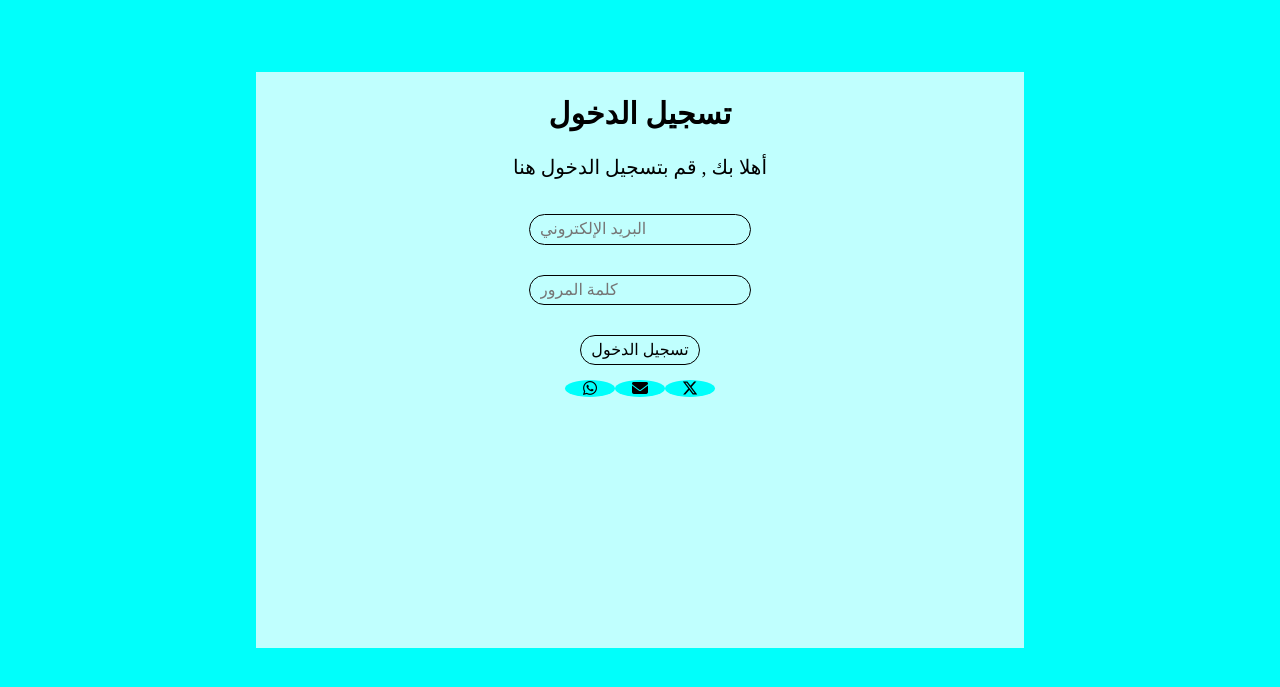
Repository: FaisalFahed/login-page
Page: html/صفحة تسجيل دخول.html
An editor plug-in stored every save of this project. The page is shown before and after the next save, followed by the edit.
The browser window is 1280 px wide. The pictures show the whole page.
Some web fonts or font styles are not loaded; a fallback is used.

Above is the page before, as saved 2025-04-01 08:42:18.

### html/صفحة تسجيل دخول.html
<!DOCTYPE html>
<html lang="en">
<head>
    <meta charset="UTF-8">
    <meta name="viewport" content="width=device-width, initial-scale=1.0">
    <link rel="stylesheet" href="css/normlaize.css">
    <link rel="stylesheet" href="../css/صفحة تسجيل دخول.css">
    <!-- Font Awesome -->
    <link rel="stylesheet" href="../css/all.min.css">
    <!-- Google Fonts -->
    <link rel="preconnect" href="https://fonts.googleapis.com">
    <link rel="preconnect" href="https://fonts.gstatic.com" crossorigin>
    <link href="https://fonts.googleapis.com/css2?family=Markazi+Text:wght@400..700&display=swap" rel="stylesheet">
    <title>Faisal | صفحة تسجيل دخول</title>
</head>
    <body>
        <div class="container">
            <div class="text">
                <h2>تسجيل الدخول</h2>
                <p>أهلا بك , قم بتسجيل الدخول هنا</p>
            </div>
            <div class="log-in">
                <input type="email" placeholder="البريد الإلكتروني">
                <input type="password" placeholder="كلمة المرور">
                <input type="submit" value="تسجيل الدخول">
            </div>
            <div class="icons">
                <ul>
                    <li><a href="#"><i class="fa-brands fa-whatsapp"></i></a></li>
                    <li><a href="#"><i class="fa-solid fa-envelope"></i></a></li>
                    <li><a href="#"><i class="fa-brands fa-x-twitter"></i></a></li>
                </ul>
            </div>
        </div>
    </body>
</html>

### css/normlaize.css
/*! normalize.css v8.0.1 | MIT License | github.com/necolas/normalize.css */

/* Document
   ========================================================================== */

/**
 * 1. Correct the line height in all browsers.
 * 2. Prevent adjustments of font size after orientation changes in iOS.
 */

 html {
  line-height: 1.15; /* 1 */
  -webkit-text-size-adjust: 100%; /* 2 */
}

/* Sections
   ========================================================================== */

/**
 * Remove the margin in all browsers.
 */

body {
  margin: 0;
}

/**
 * Render the `main` element consistently in IE.
 */

main {
  display: block;
}

/**
 * Correct the font size and margin on `h1` elements within `section` and
 * `article` contexts in Chrome, Firefox, and Safari.
 */

h1 {
  font-size: 2em;
  margin: 0.67em 0;
}

/* Grouping content
   ========================================================================== */

/**
 * 1. Add the correct box sizing in Firefox.
 * 2. Show the overflow in Edge and IE.
 */

hr {
  box-sizing: content-box; /* 1 */
  height: 0; /* 1 */
  overflow: visible; /* 2 */
}

/**
 * 1. Correct the inheritance and scaling of font size in all browsers.
 * 2. Correct the odd `em` font sizing in all browsers.
 */

pre {
  font-family: monospace, monospace; /* 1 */
  font-size: 1em; /* 2 */
}

/* Text-level semantics
   ========================================================================== */

/**
 * Remove the gray background on active links in IE 10.
 */

a {
  background-color: transparent;
}

/**
 * 1. Remove the bottom border in Chrome 57-
 * 2. Add the correct text decoration in Chrome, Edge, IE, Opera, and Safari.
 */

abbr[title] {
  border-bottom: none; /* 1 */
  text-decoration: underline; /* 2 */
  text-decoration: underline dotted; /* 2 */
}

/**
 * Add the correct font weight in Chrome, Edge, and Safari.
 */

b,
strong {
  font-weight: bolder;
}

/**
 * 1. Correct the inheritance and scaling of font size in all browsers.
 * 2. Correct the odd `em` font sizing in all browsers.
 */

code,
kbd,
samp {
  font-family: monospace, monospace; /* 1 */
  font-size: 1em; /* 2 */
}

/**
 * Add the correct font size in all browsers.
 */

small {
  font-size: 80%;
}

/**
 * Prevent `sub` and `sup` elements from affecting the line height in
 * all browsers.
 */

sub,
sup {
  font-size: 75%;
  line-height: 0;
  position: relative;
  vertical-align: baseline;
}

sub {
  bottom: -0.25em;
}

sup {
  top: -0.5em;
}

/* Embedded content
   ========================================================================== */

/**
 * Remove the border on images inside links in IE 10.
 */

img {
  border-style: none;
}

/* Forms
   ========================================================================== */

/**
 * 1. Change the font styles in all browsers.
 * 2. Remove the margin in Firefox and Safari.
 */

button,
input,
optgroup,
select,
textarea {
  font-family: inherit; /* 1 */
  font-size: 100%; /* 1 */
  line-height: 1.15; /* 1 */
  margin: 0; /* 2 */
}

/**
 * Show the overflow in IE.
 * 1. Show the overflow in Edge.
 */

button,
input { /* 1 */
  overflow: visible;
}

/**
 * Remove the inheritance of text transform in Edge, Firefox, and IE.
 * 1. Remove the inheritance of text transform in Firefox.
 */

button,
select { /* 1 */
  text-transform: none;
}

/**
 * Correct the inability to style clickable types in iOS and Safari.
 */

button,
[type="button"],
[type="reset"],
[type="submit"] {
  -webkit-appearance: button;
}

/**
 * Remove the inner border and padding in Firefox.
 */

button::-moz-focus-inner,
[type="button"]::-moz-focus-inner,
[type="reset"]::-moz-focus-inner,
[type="submit"]::-moz-focus-inner {
  border-style: none;
  padding: 0;
}

/**
 * Restore the focus styles unset by the previous rule.
 */

button:-moz-focusring,
[type="button"]:-moz-focusring,
[type="reset"]:-moz-focusring,
[type="submit"]:-moz-focusring {
  outline: 1px dotted ButtonText;
}

/**
 * Correct the padding in Firefox.
 */

fieldset {
  padding: 0.35em 0.75em 0.625em;
}

/**
 * 1. Correct the text wrapping in Edge and IE.
 * 2. Correct the color inheritance from `fieldset` elements in IE.
 * 3. Remove the padding so developers are not caught out when they zero out
 *    `fieldset` elements in all browsers.
 */

legend {
  box-sizing: border-box; /* 1 */
  color: inherit; /* 2 */
  display: table; /* 1 */
  max-width: 100%; /* 1 */
  padding: 0; /* 3 */
  white-space: normal; /* 1 */
}

/**
 * Add the correct vertical alignment in Chrome, Firefox, and Opera.
 */

progress {
  vertical-align: baseline;
}

/**
 * Remove the default vertical scrollbar in IE 10+.
 */

textarea {
  overflow: auto;
}

/**
 * 1. Add the correct box sizing in IE 10.
 * 2. Remove the padding in IE 10.
 */

[type="checkbox"],
[type="radio"] {
  box-sizing: border-box; /* 1 */
  padding: 0; /* 2 */
}

/**
 * Correct the cursor style of increment and decrement buttons in Chrome.
 */

[type="number"]::-webkit-inner-spin-button,
[type="number"]::-webkit-outer-spin-button {
  height: auto;
}

/**
 * 1. Correct the odd appearance in Chrome and Safari.
 * 2. Correct the outline style in Safari.
 */

[type="search"] {
  -webkit-appearance: textfield; /* 1 */
  outline-offset: -2px; /* 2 */
}

/**
 * Remove the inner padding in Chrome and Safari on macOS.
 */

[type="search"]::-webkit-search-decoration {
  -webkit-appearance: none;
}

/**
 * 1. Correct the inability to style clickable types in iOS and Safari.
 * 2. Change font properties to `inherit` in Safari.
 */

::-webkit-file-upload-button {
  -webkit-appearance: button; /* 1 */
  font: inherit; /* 2 */
}

/* Interactive
   ========================================================================== */

/*
 * Add the correct display in Edge, IE 10+, and Firefox.
 */

details {
  display: block;
}

/*
 * Add the correct display in all browsers.
 */

summary {
  display: list-item;
}

/* Misc
   ========================================================================== */

/**
 * Add the correct display in IE 10+.
 */

template {
  display: none;
}

/**
 * Add the correct display in IE 10.
 */

[hidden] {
  display: none;
}

### css/صفحة تسجيل دخول.css
*{
    box-sizing: border-box;
}

:root{
    --main-color: #ff1f1fd6;
    --main-color-alt: #1787E0;
    --main-transition-duration: 0.3s;
    --main-padding-top: 100px;
    --main-padding-bottom: 100px;
    --section-background: #ECECEC;
}

html{
    scroll-behavior: smooth;
}

body{
    font-family: "Markazi Text", serif;
    background-color: #00fffb;
    display: flex;
    width: 100vw;
    height: 100vh;
    justify-content: center;
    align-items: center;
}

a{
    text-decoration: none;
}

ul{
    list-style: none;
    padding: 0;
    margin: 0;
}

.container{
    padding-left: 15px;
    padding-right: 15px;
    margin-left: auto;
    margin-right: auto;
    background-color: rgba(255, 255, 255, 0.753);
    height: 80vh;
    width: 60vw;
    text-align: center;
}

.text{
    font-size: 20px;
}
.log-in{
    display: flex;
    flex-direction: column;
    align-items: center;
    justify-content: center;
}
.log-in input{
    border: none;
    outline: none;
    padding: 5px 10px;
    margin: 15px 0;
    background-color: transparent;
    border: 1px solid black;
    border-radius: 16px;
    position: relative;
}

.icons ul{
    display: flex;
    align-items: center;
    justify-content: center;
}
.icons ul li a{
    color: black;
    background-color: rgb(0, 255, 251);
    border-radius: 50%;
}
.icons ul li a i{
    width: 50px;
    height: 50px;
}
/* @media (min-width:768px){
    .container{
        width: 750px;
    }
}

@media (min-width:992px){
    .container{
        width: 970px;
    }
}

@media (min-width:1200px){
    .container{
        width: 1170px;
    }
} */

Loaded but not shown: css/all.min.css (library)

After the next save:
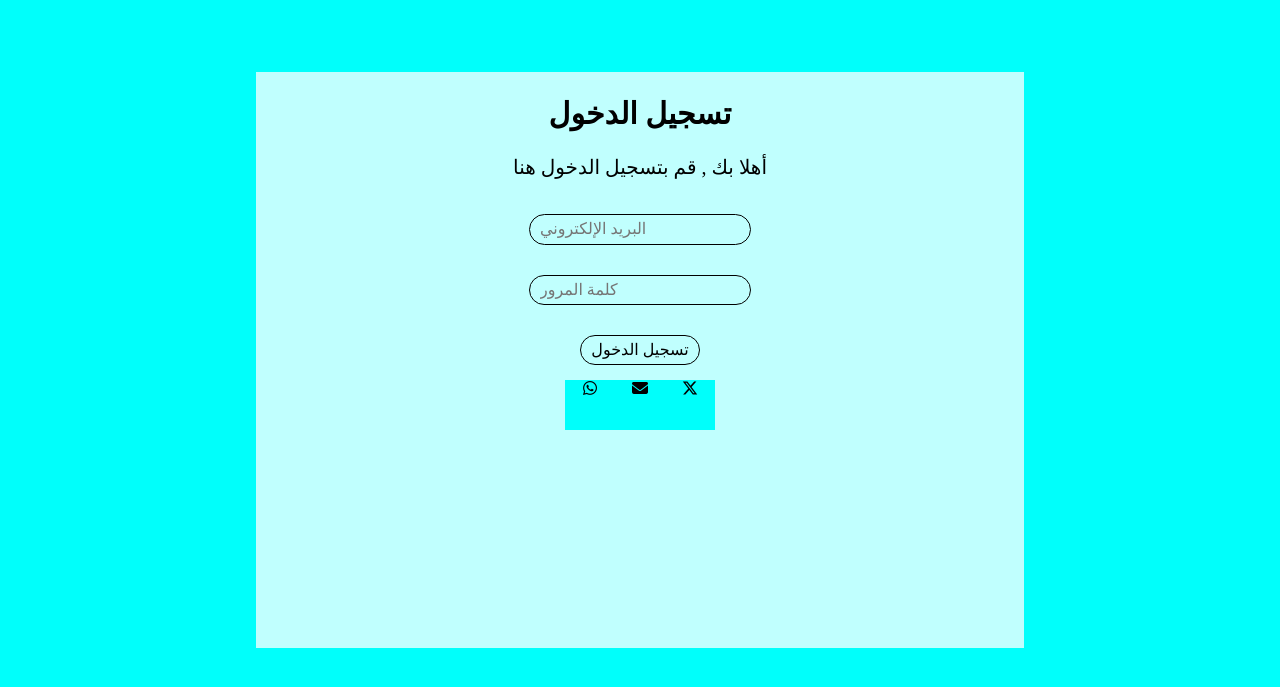
Saved 24 s later.
--- a/css/صفحة تسجيل دخول.css
+++ b/css/صفحة تسجيل دخول.css
@@ -73,10 +73,10 @@ ul{
 }
 .icons ul li a{
     color: black;
-    background-color: rgb(0, 255, 251);
     border-radius: 50%;
 }
 .icons ul li a i{
+    background-color: rgb(0, 255, 251);
     width: 50px;
     height: 50px;
 }
